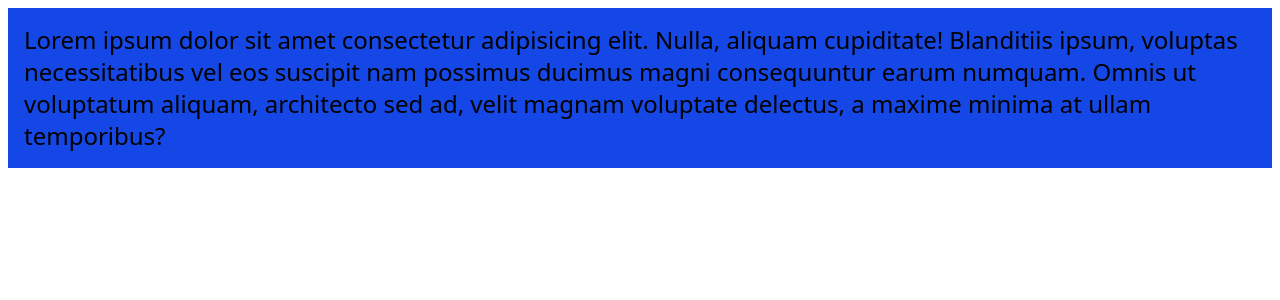
Repository: DinTri/TailwindCss
Page: index.html
These files come from the project's save history. The page is drawn as it stood at one moment and after the next save; the edit follows.
The browser window is 1280 px wide. The pictures show the whole page.
Some web fonts or font styles are not loaded; a fallback is used.

Above is the page before, as saved 2025-06-08 13:31:19.

After the next save:
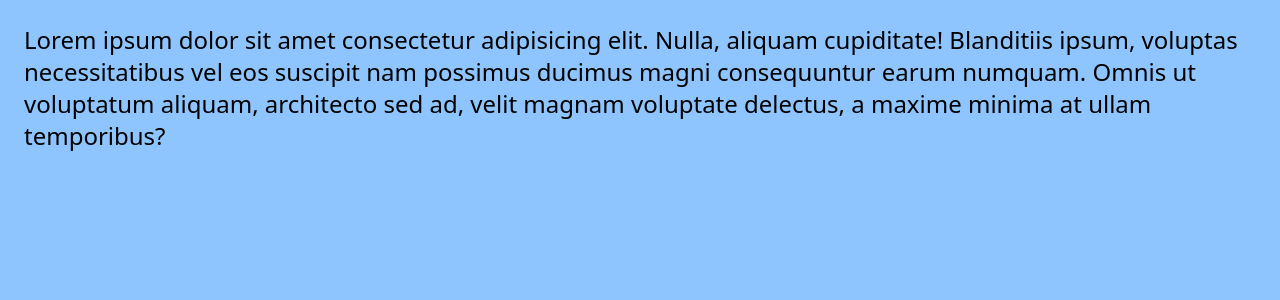
Saved 43 s later.
--- a/index.html
+++ b/index.html
@@ -9,8 +9,8 @@
 <link href="https://fonts.googleapis.com/css2?family=Edu+VIC+WA+NT+Hand+Pre:wght@400..700&display=swap" rel="stylesheet">
     <link rel="stylesheet" href="style.css">
     </head>
-  <body class="">
-    <div class="bg-blue-700 m-2 p-4 space-y-2">
+  <body class="bg-blue-300">
+    <div class="m-2 p-4 space-y-2">
     <p class="text-2xl">Lorem ipsum dolor sit amet consectetur adipisicing elit. Nulla, aliquam cupiditate! Blanditiis ipsum, voluptas necessitatibus vel eos suscipit nam possimus ducimus magni consequuntur earum numquam. Omnis ut voluptatum aliquam, architecto sed ad, velit magnam voluptate delectus, a maxime minima at ullam temporibus?</p>
   </div>
   </body>
